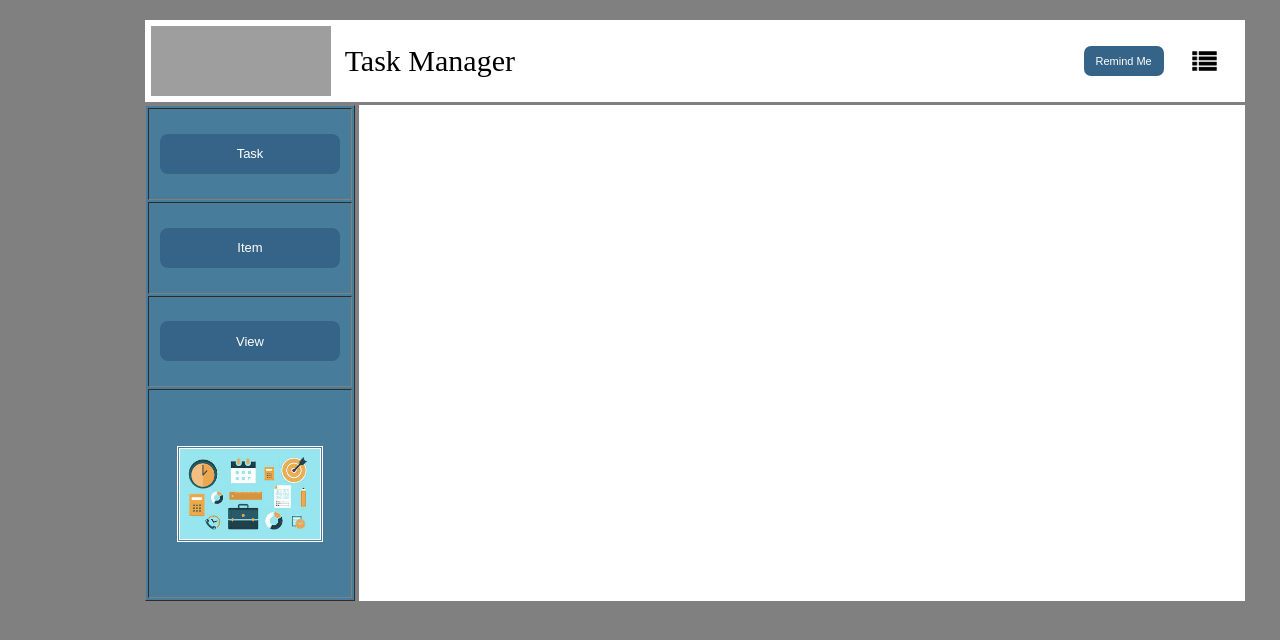
Repository: SnehaSalvi/TaskManagerProject
Page: http://localhost/TaskManagerChecklist/Home.jsp
The author's editor kept a copy of each file at every save. The page is drawn from the files as they stood at one save, then again after the next save.
The browser window is 1280 px wide. The pictures show the whole page.
Pictures or frames that could not be fetched are drawn as grey boxes. The page is served by Tomcat 9.

Above is the page before, as saved 2016-10-13 11:32:19.

After the next save:
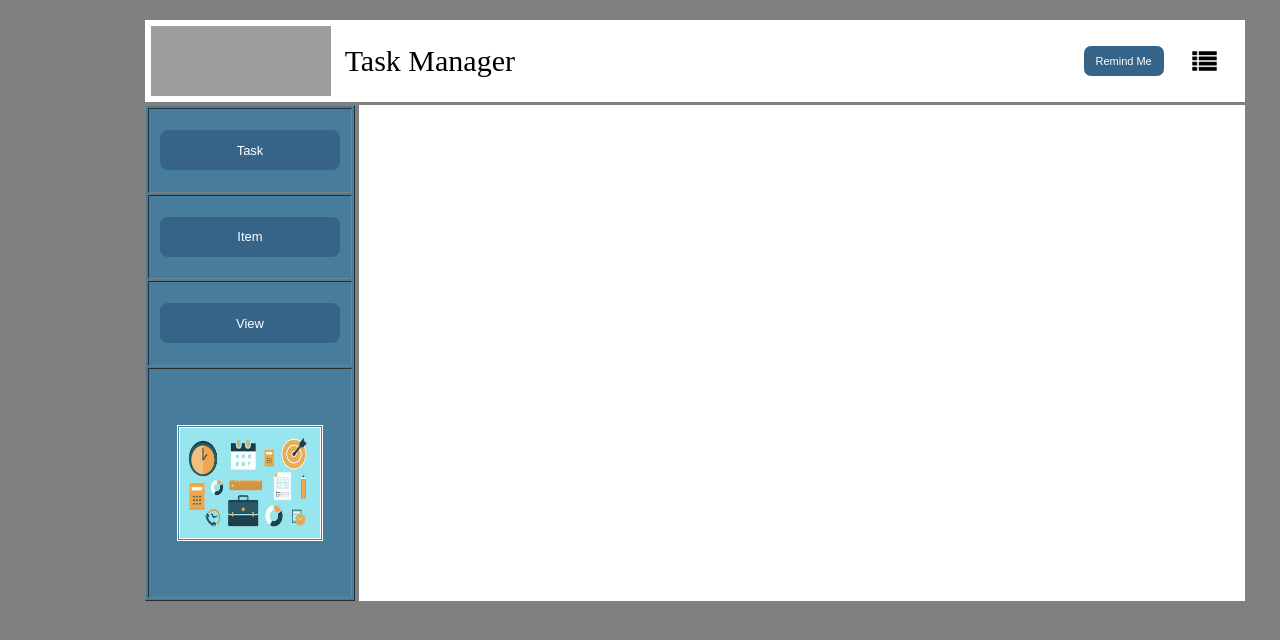
Saved 5 s later.
--- a/TaskManagerChecklist/WebContent/home.css
+++ b/TaskManagerChecklist/WebContent/home.css
@@ -114,7 +114,7 @@ tr
 {
 
 	width: 140px;
-	height: 90px;
+	height: 110px;
 }
 #button1
 {
